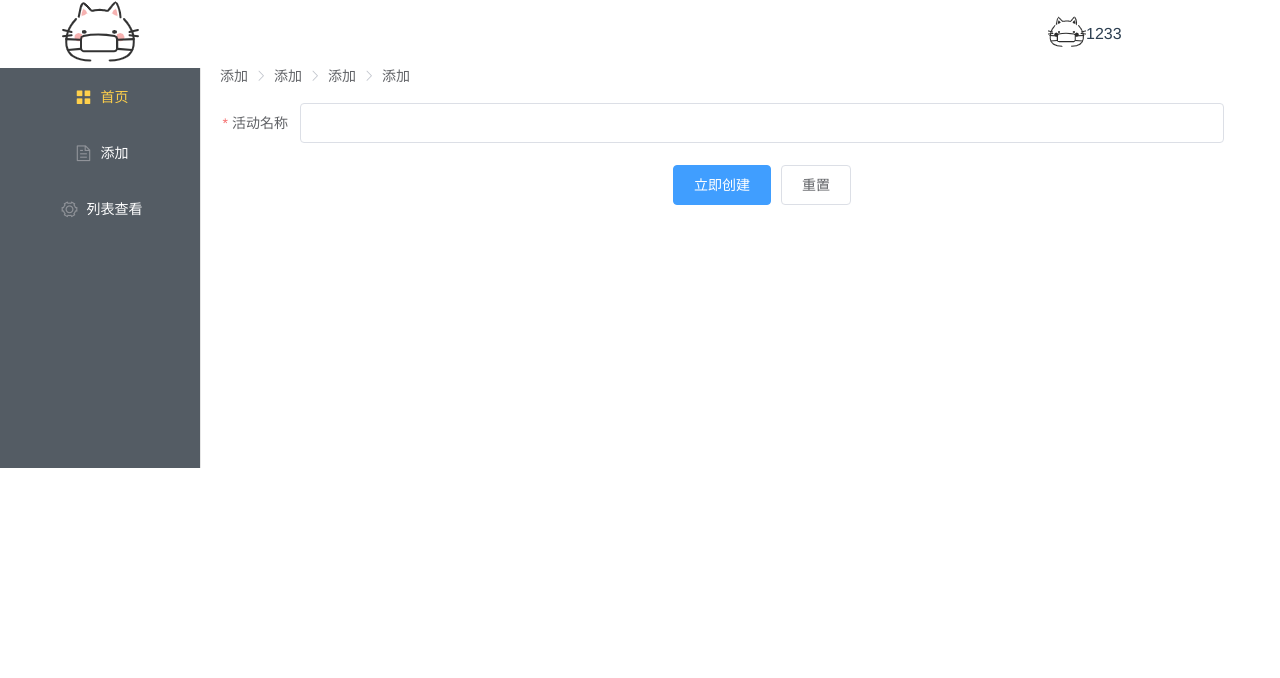
Repository: faintout/backMng
Page: /#/addList (app in backmng/)
The author's editor kept a copy of each file at every save. The page is drawn from the files as they stood at one save, then again after the next save.
The browser window is 1280 px wide. The pictures show the whole page.
The project was rebuilt for these pictures with package versions that can differ from the ones it lists, and the page was loaded fresh each time. Also part of the build but not shown: backmng/vue.config.js, backmng/src/views/_index.vue, backmng/src/views/list.vue.

Above is the page before, as saved 2020-12-30 17:03:15.

After the next save:
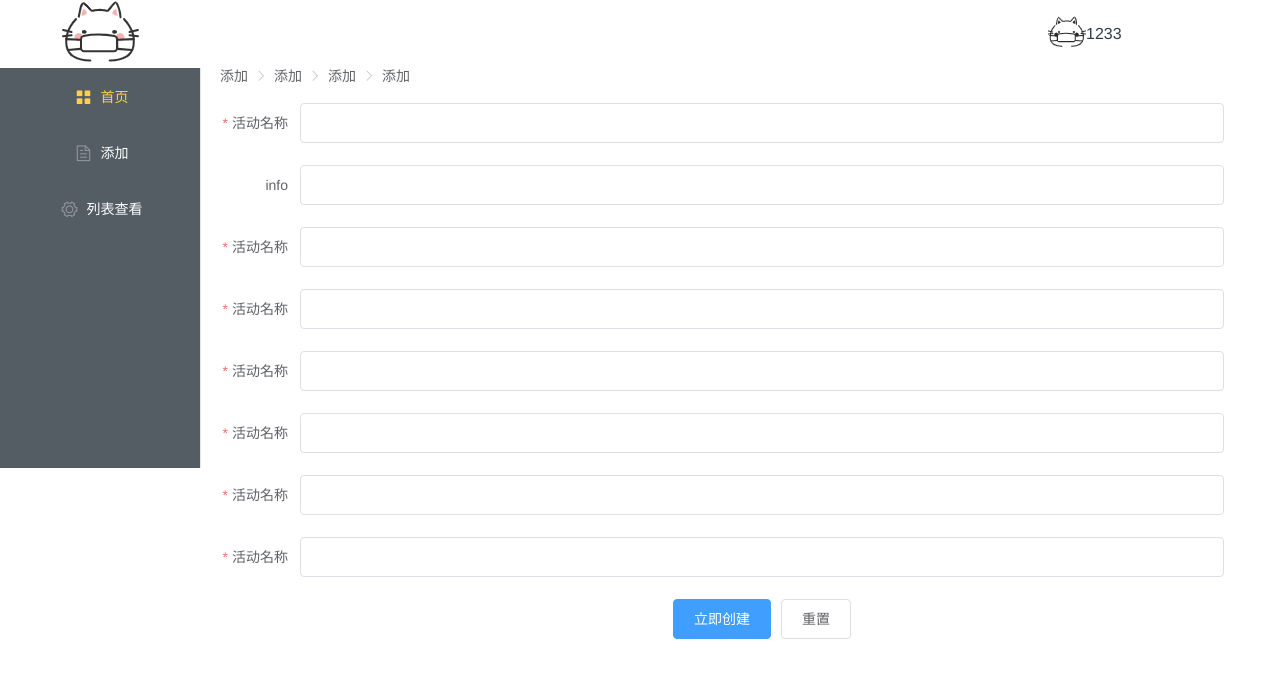
Saved 18 s later.
--- a/backmng/src/views/addList.vue
+++ b/backmng/src/views/addList.vue
@@ -1,6 +1,27 @@
 <template>
     <div>
         <el-form :model="ruleForm" :rules="rules" ref="ruleForm" label-width="100px" class="demo-ruleForm">
+            <el-form-item label="活动名称" prop="name">
+                <el-input v-model="ruleForm.name"></el-input>
+            </el-form-item>
+            <el-form-item label="info" prop="info">
+                <el-input v-model="ruleForm.name"></el-input>
+            </el-form-item>
+            <el-form-item label="活动名称" prop="name">
+                <el-input v-model="ruleForm.name"></el-input>
+            </el-form-item>
+            <el-form-item label="活动名称" prop="name">
+                <el-input v-model="ruleForm.name"></el-input>
+            </el-form-item>
+            <el-form-item label="活动名称" prop="name">
+                <el-input v-model="ruleForm.name"></el-input>
+            </el-form-item>
+            <el-form-item label="活动名称" prop="name">
+                <el-input v-model="ruleForm.name"></el-input>
+            </el-form-item>
+            <el-form-item label="活动名称" prop="name">
+                <el-input v-model="ruleForm.name"></el-input>
+            </el-form-item>
             <el-form-item label="活动名称" prop="name">
                 <el-input v-model="ruleForm.name"></el-input>
             </el-form-item>
